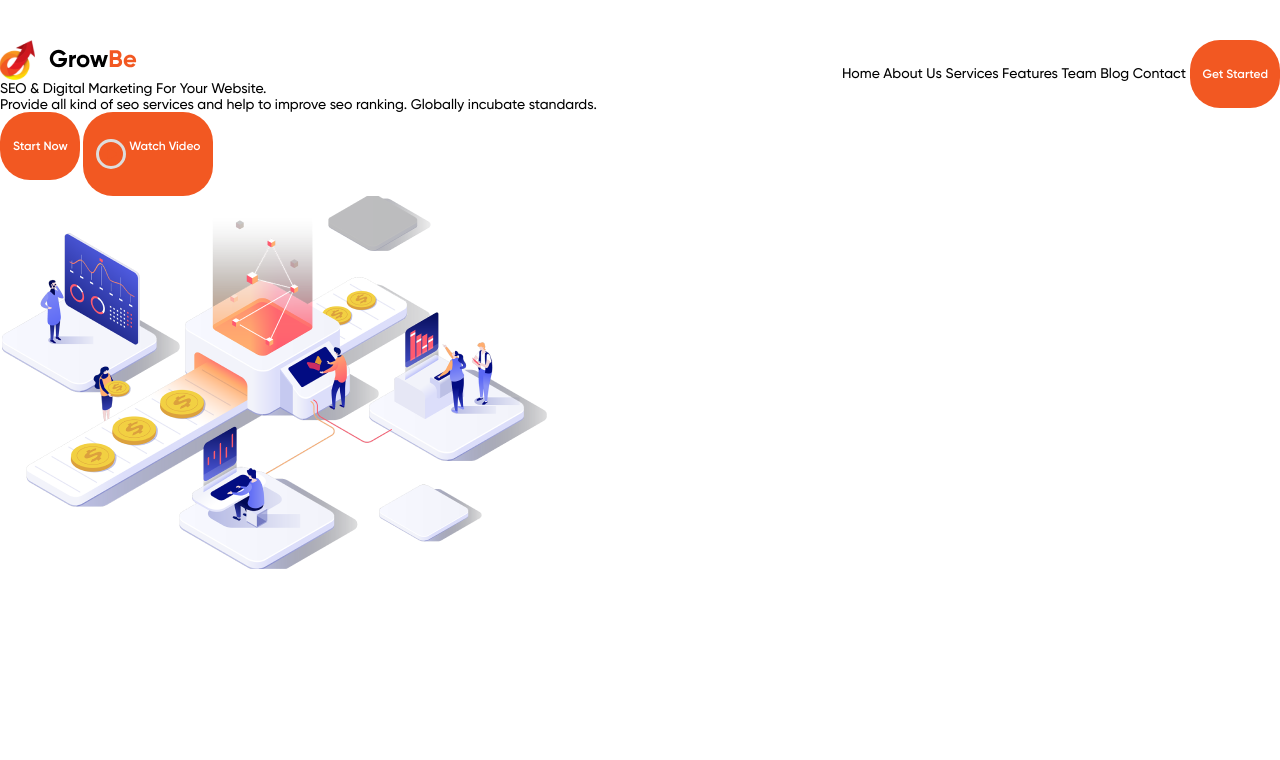
Repository: Alekseiy1980/GrowBe
Page: index.html
An editor plug-in stored every save of this project. The page is shown before and after the next save, followed by the edit.
The browser window is 1280 px wide. The pictures show the whole page.

Above is the page before, as saved 2024-01-20 11:58:30.

### index.html
<!DOCTYPE html>
<html lang="en">
<head>
    <meta charset="UTF-8">
    <meta name="viewport" content="width=device-width, initial-scale=1.0">

    <link rel="stylesheet" href="css/reset.css">
    <link rel="stylesheet" href="css/style.css">
    <title>GrowBe</title>
</head>
<body>
    <header>
        <div class="menu_bar">
            <div class="logo">
                <a class="logo-link" href="#">
                    <img src="/img/Logo.svg"  />
                </a>
            </div>
            <nav>
                <a class="menu menu_activ" href="@">Home</a>
                <a class="menu" href="@"> About Us</a>
                <a class="menu" href="@">Services</a>
                <a class="menu" href="@">Features</a>
                <a class="menu" href="@">Team</a>
                <a class="menu" href="@">Blog</a>
                <a class="menu" href="@">Contact</a>
                <button class="btn_menu" type="button">Get Started</button>
            </nav>

        </div>
        <div class="home_meta">
            <div class="nome_content">
                <div class="home_title">
                    <h1>SEO & Digital <span>Marketing</span>  For Your Website.</h1>
                </div>
            <div class="sub_title">
                <p>Provide all kind of seo services and help to improve seo ranking. Globally incubate standards.</p>
            </div>
            <div class="btn_meta">
                <button class="btn_menu" type="button">Start Now</button>
                <button class="btn_menu" type="button">
                        <img
                            src="img/play.svg"
                            alt="play"
                            />
                    Watch Video</button>
            </div>
            </div>
            <div class="home_img">
                <img src="img/home_Image.png" alt="">
            </div>
        </div>
    </header>
</body>
</html>

### css/reset.css

* {
    padding: 0;
    margin: 0;
    border: 0;
}

*,
*::before,
*::after {
    -moz-box-sizing: border-box;
    -webkit-box-sizing: border-box;
    box-sizing: border-box;
}

:focus,
:active {
    outline: none;
}

a:focus,
a:active {
    outline: none;
}

nav,
footer,
header,
aside {
    display: block;
}

html,
body {
    height: 100%;
    width: 100%;
    font-size: 100%;
    line-height: 1;
    font-size: 14px;
    -ms-text-size-adjust: 100%;
    -moz-text-size-adjust: 100%;
    -webkit-text-size-adjust: 100%;
}

input,
button,
textarea {
    font-family: inherit;
}

input::-ms-clear {
    display: none;
}

button {
    cursor: pointer;
}

button::-moz-focus-inner {
    padding: 0;
    border: 0;
}

a,
a:visited {
    text-decoration: none;
}

a:hover {
    text-decoration: none;
}

ul li {
    list-style: none;
}

img {
    vertical-align: top;
}

h1,
h2,
h3,
h4,
h5,
h6 {
    font-size: inherit;
    font-weight: 400;
}

### css/style.css
@font-face {
	font-family: 'Gilroy-Bold';
	src: url(/fonts/Gilroy-Bold.ttf);
}


@font-face {
	font-family: 'Gilroy-Medium';
	src: url(/fonts/Gilroy-Medium.ttf);
}
@font-face{
    font-family: 'Gilroy_Regular';
    src: url(/fonts/Gilroy-Regular.ttf);
}

@font-face{
    font-family: 'Gilroy-SemiBold';
    src: url(/fonts/Gilroy-SemiBold.ttf);
}
body{
    font-family: Gilroy-Medium;
    font-size: 14px;
    font-style: normal;
    font-weight: 400;
    line-height: normal;
}

header {
    max-width: 1920px;
    margin: 0 auto;
}
.menu_bar{
    display: flex;
    justify-content: space-between;
    justify-items: center;
    margin-top: 40px;
    height: 40px;
}

.logo{
    width: 137px;
    height: 40px;
}

.menu{
    color: #000;

}

.menu:hover{
    color: #F25822;
    font-family: Gilroy-SemiBold;
}

.btn_menu{
    color: #FFF;
    font-family: Gilroy-SemiBold;
    font-size: 12px;
    border-radius: 30px;
    background: #F25822;
    padding: 27px 12px 27px 13px;
}

After the next save:
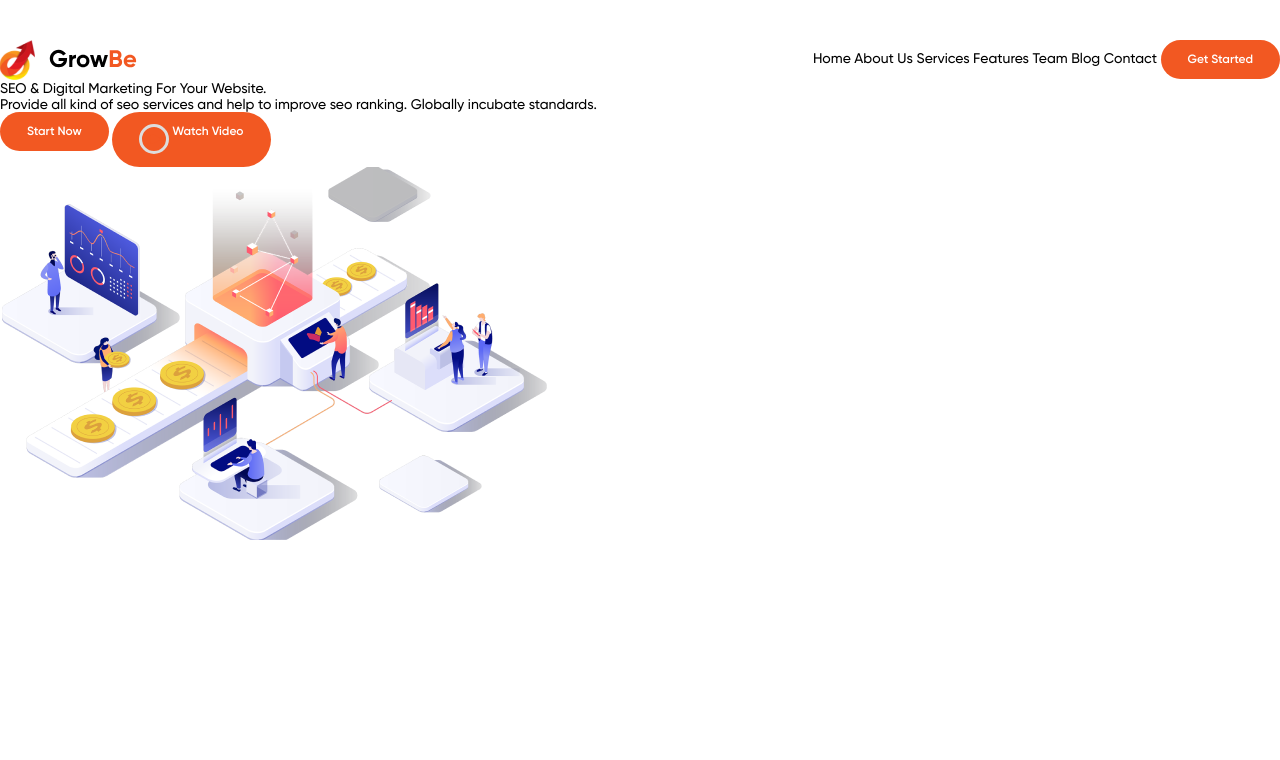
Saved 37 s later.
--- a/css/style.css
+++ b/css/style.css
@@ -58,5 +58,5 @@ header {
     font-size: 12px;
     border-radius: 30px;
     background: #F25822;
-    padding: 27px 12px 27px 13px;
+    padding:12px 27px 13px;
 }
